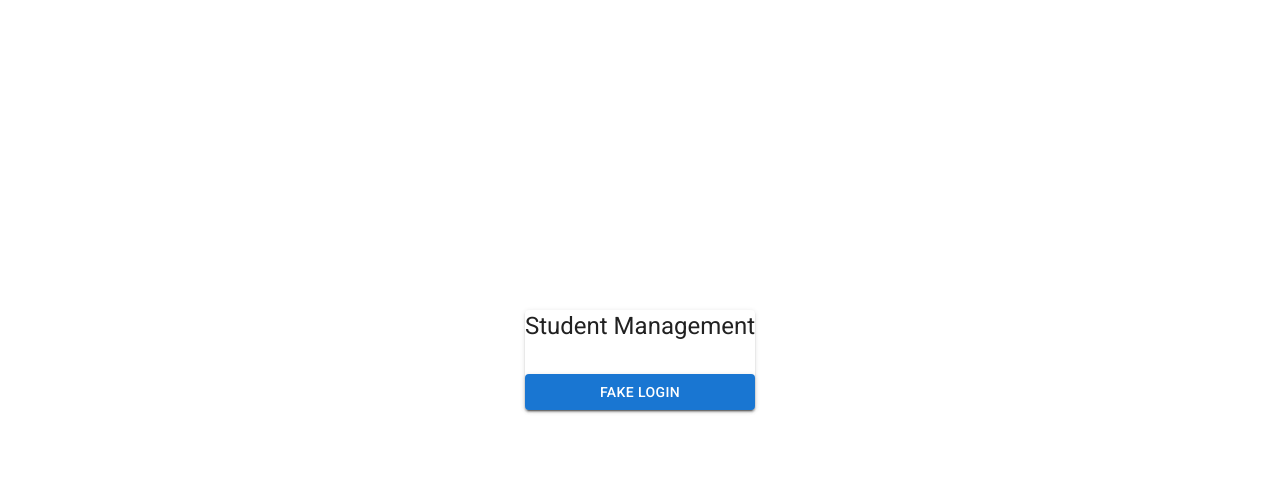
Repository: lethanhdat25/redux-saga
Page: /admin
An editor plug-in stored every save of this project. The page is shown before and after the next save, followed by the edit.
The browser window is 1280 px wide. The pictures show the whole page.
The page's requests for data from a server got no answer. The project was rebuilt for these pictures with package versions that can differ from the ones it lists, and the page was loaded fresh each time. No one was signed in, and anything a server would have sent is missing. Also part of the build but not shown: src/components/Common/NotFound.tsx.

Above is the page before, as saved 2021-11-02 12:31:54.

After the next save:
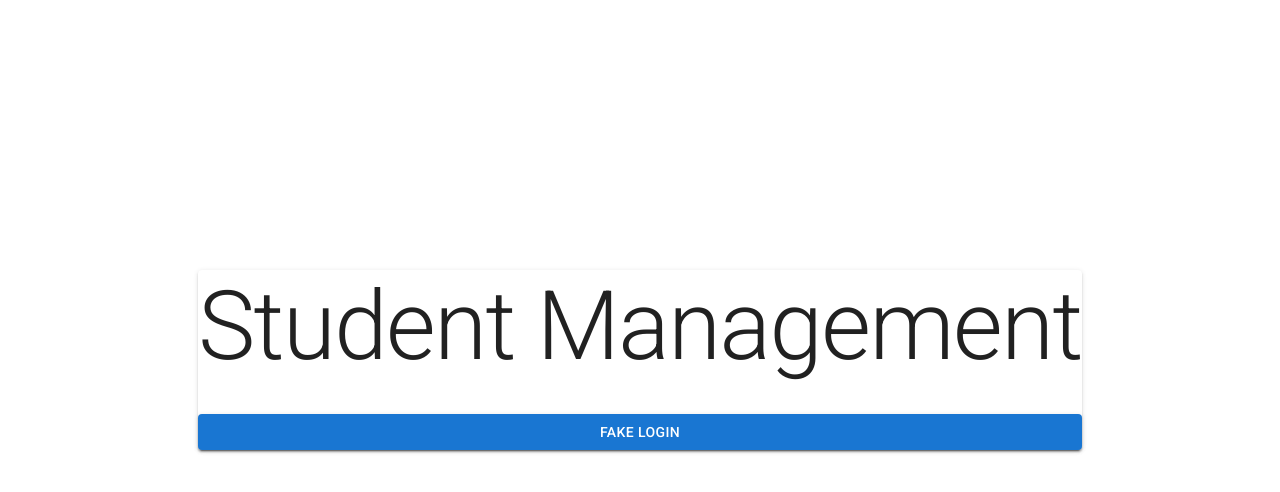
Saved 13 s later.
--- a/src/features/auth/pages/LoginPages.tsx
+++ b/src/features/auth/pages/LoginPages.tsx
@@ -18,7 +18,7 @@
   return (
     <div className={classes.root}>
       <Paper elevation={2}>
-        <Typography component="h1" variant="h5">Student Management</Typography>
+        <Typography component="h1" variant="h1">Student Management</Typography>
         <Box mt={4}>
           <Button fullWidth variant="contained" color="primary">
             Fake Login

After the save that followed:
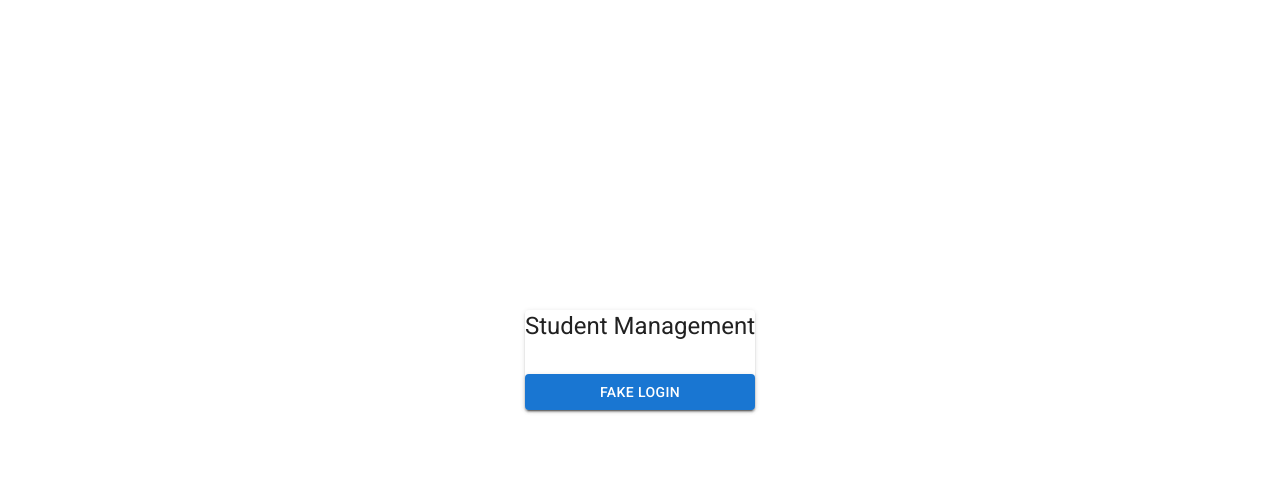
Saved 12 s later.
--- a/src/features/auth/pages/LoginPages.tsx
+++ b/src/features/auth/pages/LoginPages.tsx
@@ -18,7 +18,7 @@
   return (
     <div className={classes.root}>
       <Paper elevation={2}>
-        <Typography component="h1" variant="h1">Student Management</Typography>
+        <Typography component="h1" variant="h5">Student Management</Typography>
         <Box mt={4}>
           <Button fullWidth variant="contained" color="primary">
             Fake Login
